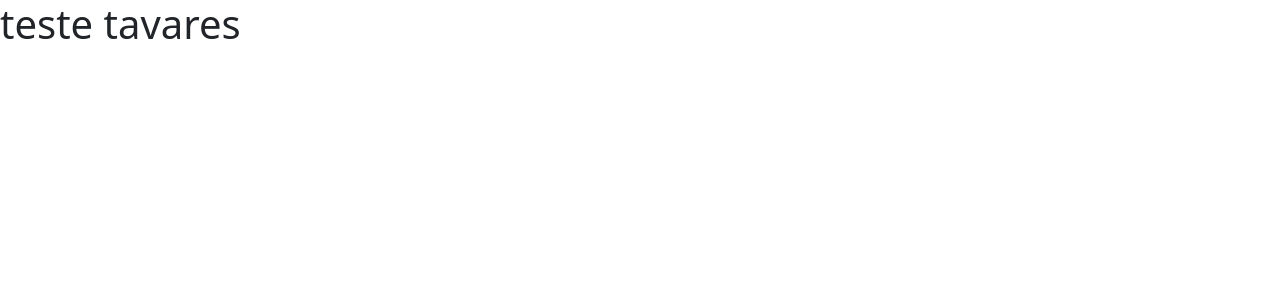
Repository: ytavares/game-registration
Page: http://localhost/jogos
The author's editor kept a copy of each file at every save. The page is drawn from the files as they stood at one save, then again after the next save.
The browser window is 1280 px wide. The pictures show the whole page.
The page is served by the project's Laravel application, run on PHP 8.4 with Laravel 10. Other server files are loaded and not shown. Queries for data that is not in the repository find no rows.

Above is the page before, as saved 2023-09-15 00:59:24.

### routes/web.php
<?php

use App\Http\Controllers\JogosController;
use Illuminate\Support\Facades\Route;

/*
|--------------------------------------------------------------------------
| Web Routes
|--------------------------------------------------------------------------
|
| Here is where you can register web routes for your application. These
| routes are loaded by the RouteServiceProvider and all of them will
| be assigned to the "web" middleware group. Make something great!
|
*/

Route::get('/', function () {
    return view('welcome');
})->name('home-index');

// Route::get('/jogos', function () {
//     return "Yuri Tavares estudando Laravel";
// });

// Route::view('/jogos', 'jogos', ['name' => 'GTA']);

// Route::get('/jogos/{name?}/{id?}', function($name = null, $id = null) {
//     return view('jogos', ['nomeJogo' => $name, 'idJogo' => $id]);
// })->where(['id' => '[0-9]+', 'name' => '[A-Za-z]+']);

Route::get('/jogos',[JogosController::class, 'index']);

Route::fallback(function() {
    return "Erro ao localizar a rota!";
});

### app/Http/Controllers/JogosController.php
<?php

namespace App\Http\Controllers;

use App\Models\Jogo;
use Illuminate\Http\Request;

class JogosController extends Controller
{
    public function index() {
        $jogos = Jogo::all();
       return view('jogos.index', ['jogos' => $jogos]);
    }
}

### app/Models/Jogo.php
<?php

namespace App\Models;

use Illuminate\Database\Eloquent\Factories\HasFactory;
use Illuminate\Database\Eloquent\Model;

class Jogo extends Model
{
    use HasFactory;
    protected $fillable = [
        'nome',
        'categoria',
        'ano_criacao',
        'valor',
    ];
};

### resources/views/jogos/index.blade.php
@extends('layouts.app')

@section('title', 'Listagem')
@section('content')
    <h1>teste tavares</h1>
@endsection

### resources/views/layouts/app.blade.php
<!DOCTYPE html>
<html lang="en">
<head>
    <meta charset="UTF-8">
    <meta name="viewport" content="width=device-width, initial-scale=1.0">
    <meta http-equiv="X-UA-Compatible" content="ie=edge">
    <link href="https://cdn.jsdelivr.net/npm/bootstrap@5.3.2/dist/css/bootstrap.min.css" rel="stylesheet" integrity="sha384-T3c6CoIi6uLrA9TneNEoa7RxnatzjcDSCmG1MXxSR1GAsXEV/Dwwykc2MPK8M2HN" crossorigin="anonymous">
    <title>@yield('title') - Laravel</title>
</head>
<body>
    @yield('content')
</body>
</html>

Loaded but not shown: app/Http/Controllers/Controller.php (common file)

After the next save:
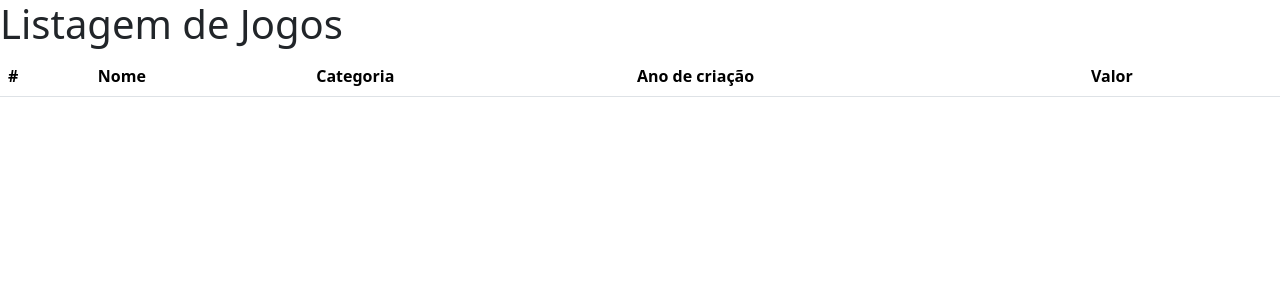
Saved 1 s later.
--- a/resources/views/jogos/index.blade.php
+++ b/resources/views/jogos/index.blade.php
@@ -2,5 +2,27 @@
 
 @section('title', 'Listagem')
 @section('content')
-    <h1>teste tavares</h1>
+    <h1>Listagem de Jogos</h1>
+    <table class="table">
+        <thead>
+        <tr>
+            <th scope="col">#</th>
+            <th scope="col">Nome</th>
+            <th scope="col">Categoria</th>
+            <th scope="col">Ano de criação</th>
+            <th scope="col">Valor</th>
+        </tr>
+        </thead>
+        <tbody>
+            @foreach ($jogos as $jogo)
+            <tr>
+                <th scope="row">{{ $jogo->id }}</th>
+                <td>{{ $jogo->nome }}</td>
+                <td>{{ $jogo->categoria }}</td>
+                <td>{{ $jogo->ano_criacao }}</td>
+                <td>{{ $jogo->valor }}</td>
+            </tr>
+            @endforeach
+        </tbody>
+  </table>
 @endsection
